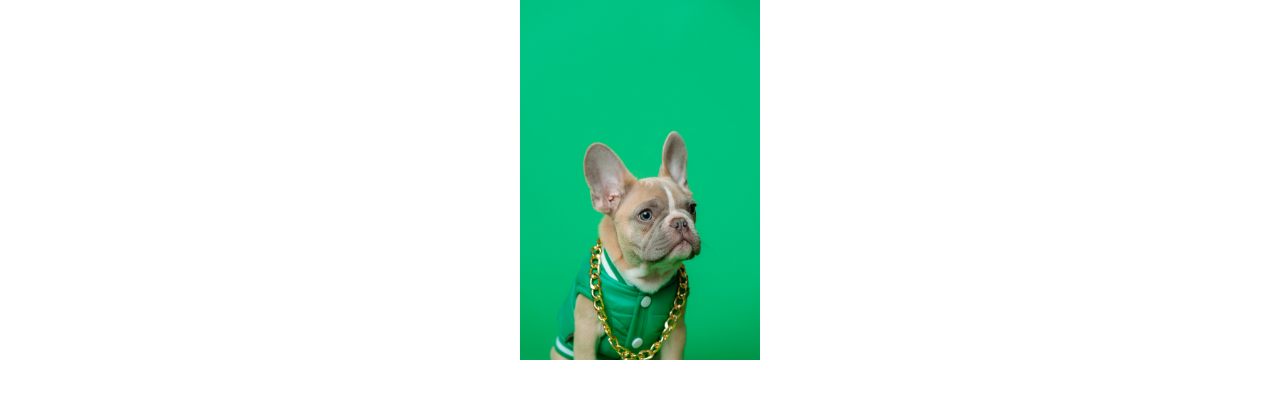
Repository: EmmanuelOyiti/Frontend_class
Page: Frontend class/index.html
An editor plug-in stored every save of this project. The page is shown before and after the next save, followed by the edit.
The browser window is 1280 px wide. The pictures show the whole page.

Above is the page before, as saved 2023-09-26 20:58:08.

### Frontend class/index.html
<!DOCTYPE html>
<html lang="en">
<head>
    <meta charset="utf-8"/>
    <title> Learning css</title>
    <link href="index.css" rel="stylesheet">
</head>
<body>

    <main id="main">

    </main>

</body>
</html>

### Frontend class/index.css
body {
    margin: 0;
}

#main {
    height: 50dvh;
    background-image: url('dog.jpg');
    background-position: center;
    background-size: contain;
    background-repeat: no-repeat;

}

After the next save:
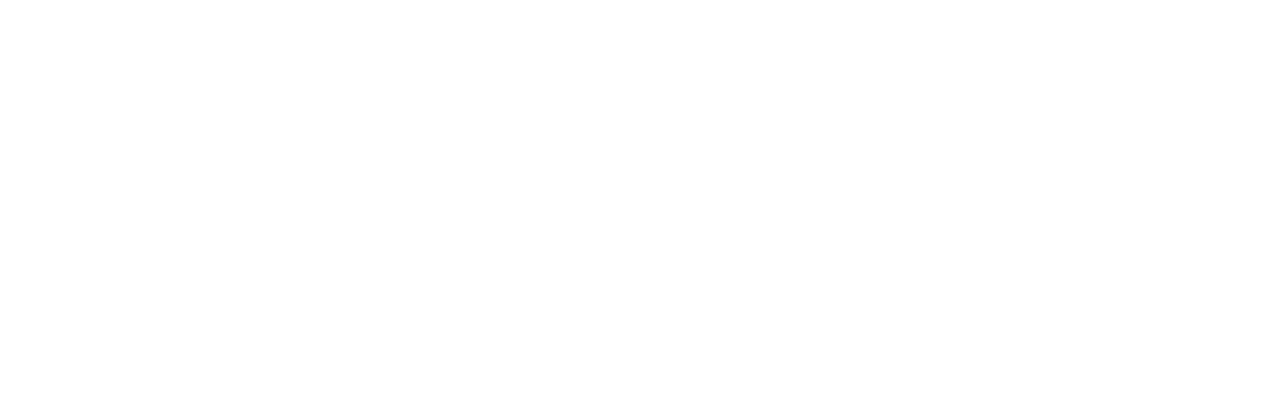
Saved 12 s later.
--- a/Frontend class/index.css
+++ b/Frontend class/index.css
@@ -4,7 +4,7 @@
 
 #main {
     height: 50dvh;
-    background-image: url('dog.jpg');
+    background-image: blue url('dog.jpg');
     background-position: center;
     background-size: contain;
     background-repeat: no-repeat;

After the 3 saves that followed:
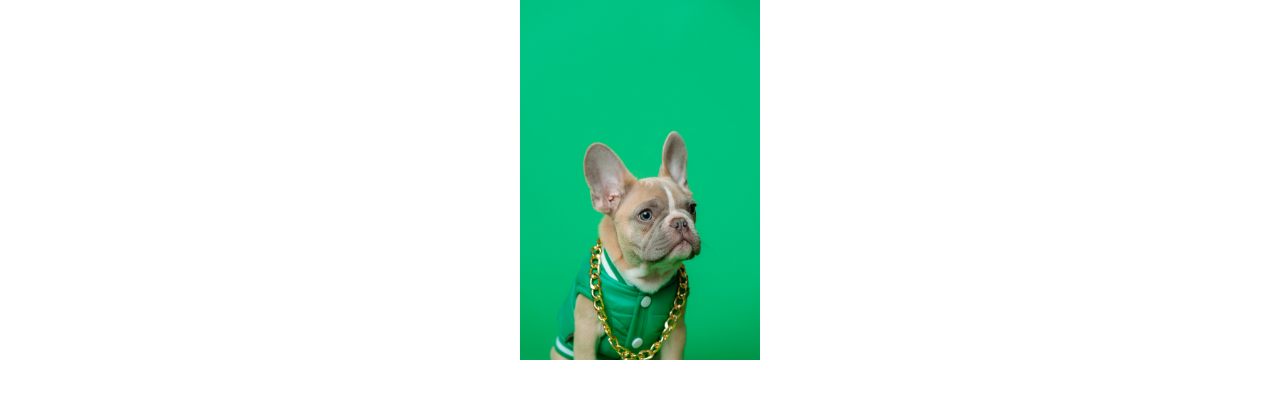
The 3 saves are shown as one change because 2 left the picture as it was.
The last was saved 29 s later.
--- a/Frontend class/index.css
+++ b/Frontend class/index.css
@@ -4,7 +4,7 @@
 
 #main {
     height: 50dvh;
-    background-image: blue url('dog.jpg');
+    background-image: url('dog.jpg');
     background-position: center;
     background-size: contain;
     background-repeat: no-repeat;
